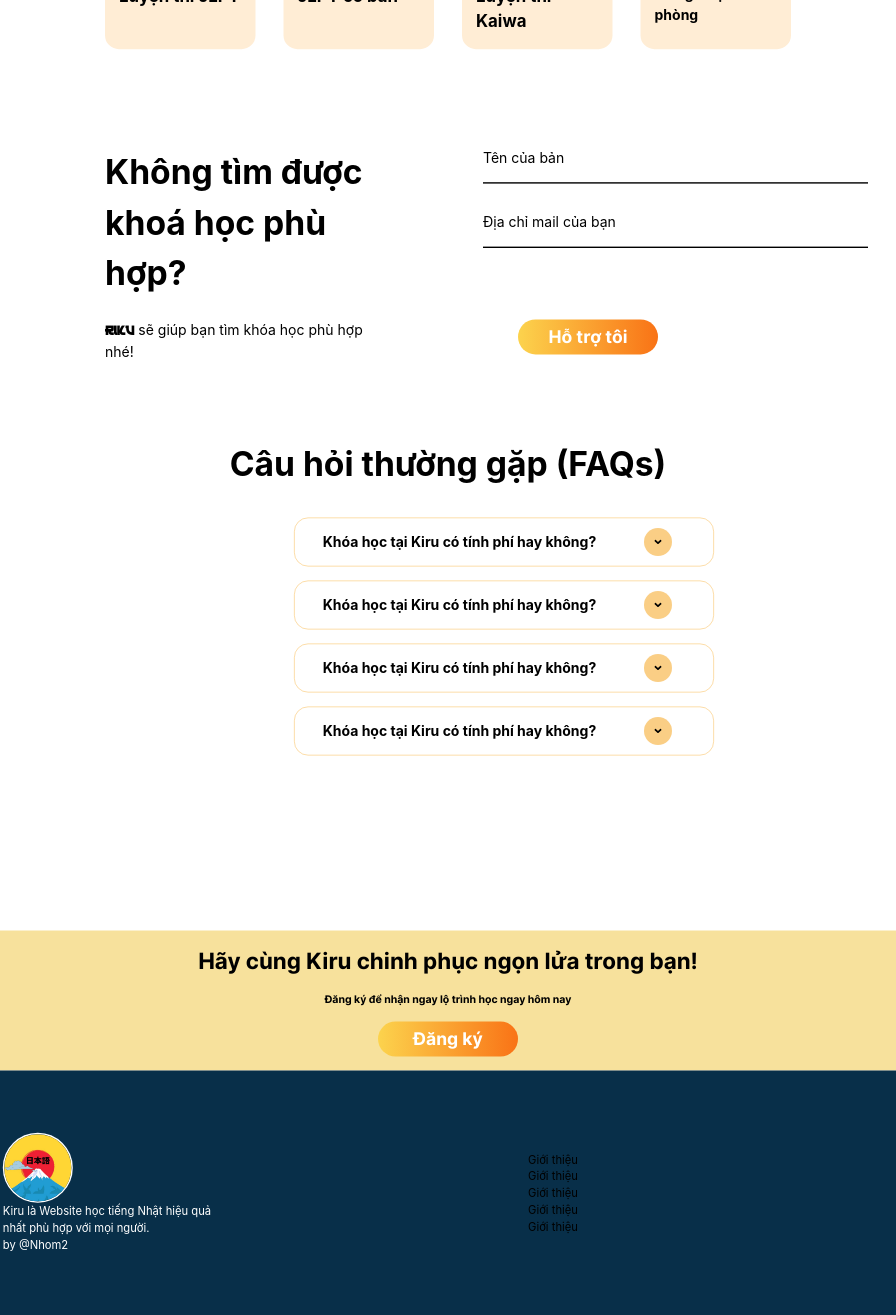
Repository: Quynhhuong150322/Kiru_Website-hoc-tieng-Nhat
Page: /
The author's editor kept a copy of each file at every save. The page is drawn from the files as they stood at one save, then again after the next save.
The browser window is 1280 px wide. The pictures show the part of the page from y = 3246 to 5166 px (the page is 5125 px tall before and 5166 px after), at 70% of full size.
The project was rebuilt for these pictures with package versions that can differ from the ones it lists, and the page was loaded fresh each time.

Above is the page before, as saved 2023-08-17 01:49:22.

### public/index.html
<!DOCTYPE html>
<html lang="en">
  <head>
    <meta charset="utf-8" />
    <link rel="icon" href="%PUBLIC_URL%/favicon.ico" />
    <meta name="viewport" content="width=device-width, initial-scale=1" />
    <meta name="theme-color" content="#000000" />
    <meta
      name="description"
      content="Web site created using create-react-app"
    />
    <link rel="apple-touch-icon" href="%PUBLIC_URL%/logo192.png" />
    <!--
      manifest.json provides metadata used when your web app is installed on a
      user's mobile device or desktop. See https://developers.google.com/web/fundamentals/web-app-manifest/
    -->
    <link rel="manifest" href="%PUBLIC_URL%/manifest.json" />
    <!--
      Notice the use of %PUBLIC_URL% in the tags above.
      It will be replaced with the URL of the `public` folder during the build.
      Only files inside the `public` folder can be referenced from the HTML.

      Unlike "/favicon.ico" or "favicon.ico", "%PUBLIC_URL%/favicon.ico" will
      work correctly both with client-side routing and a non-root public URL.
      Learn how to configure a non-root public URL by running `npm run build`.
    -->
    <title>Kiru web</title>
  </head>
  <body>
    <noscript>You need to enable JavaScript to run this app.</noscript>
    <div id="root"></div>
    <!--
      This HTML file is a template.
      If you open it directly in the browser, you will see an empty page.

      You can add webfonts, meta tags, or analytics to this file.
      The build step will place the bundled scripts into the <body> tag.

      To begin the development, run `npm start` or `yarn start`.
      To create a production bundle, use `npm run build` or `yarn build`.
    -->
  </body>
</html>

### src/index.js
import React from 'react';
import ReactDOM from 'react-dom/client';
import './index.css';
import App from './App';
import reportWebVitals from './reportWebVitals';
import { BrowserRouter} from "react-router-dom";


const root = ReactDOM.createRoot(document.getElementById('root'));
root.render(
  <React.StrictMode>
    <BrowserRouter>
      <App />
    </BrowserRouter>
  </React.StrictMode>
);

// If you want to start measuring performance in your app, pass a function
// to log results (for example: reportWebVitals(console.log))
// or send to an analytics endpoint. Learn more: https://bit.ly/CRA-vitals
reportWebVitals();

### src/App.js
import './App.css';
import HeaderBefor from "./component/header_footer/HeaderBefor";
import Footer from "./component/header_footer/footer";
// import MyRoutes from './route/MyRoutes';
import GioiThieu from "./component/Gioi_thieu"
import KhoaHocBefor from "./component/Khoa_hoc_befor";
import LienHe from "./component/Lien_he";
import FAQs from "./component/FAQs";


function App() {
  return (
    <div className = "bg-white">
      {/* <MyRoutes></MyRoutes> */}
      <HeaderBefor></HeaderBefor>
      <GioiThieu></GioiThieu>
      <KhoaHocBefor></KhoaHocBefor>
      <LienHe></LienHe>
      <FAQs></FAQs>
      <Footer></Footer>
    </div>
  );
}

export default App;

### src/App.css
.App {
  text-align: center;
}

.App-logo {
  height: 40vmin;
  pointer-events: none;
}

@media (prefers-reduced-motion: no-preference) {
  .App-logo {
    animation: App-logo-spin infinite 20s linear;
  }
}

.App-header {
  background-color: #282c34;
  min-height: 100vh;
  display: flex;
  flex-direction: column;
  align-items: center;
  justify-content: center;
  font-size: calc(10px + 2vmin);
  color: white;
}

.App-link {
  color: #61dafb;
}

@keyframes App-logo-spin {
  from {
    transform: rotate(0deg);
  }
  to {
    transform: rotate(360deg);
  }
}

@font-face {
  font-family: Japanese;
  src: url(./font/Japanese\ 3017.ttf);
}

@font-face {
  font-family: InterBold;
  src: url(./font/Inter-Bold.ttf);
}

@font-face {
  font-family: InterRegular;
  src: url(./font/Inter-Regular.ttf);
}

@font-face {
  font-family: Montserrat;
  src: url(./font/MontserratAlternates-Bold.otf);
}

### src/component/header_footer/HeaderBefor.js
import React from "react";
import logo from "../../image/logo.png"
import { Link } from "react-router-dom";

const Header = () => {
    return (
        <div className = "bg-white top-0 h-[70px] ">
            <div class="flex justify-between items-center p-1">
                <Link to = "/">
                    <div className="flex flex-row items-center gap-5 pl-[50px] justify-center">
                        <img
                            className="h-[55px] w-55px] rounded-full "
                            src = {logo}
                            alt = "logo"
                        />
                        <div className="font-japanese text-[40px] font-bold">Kiru</div>
                    </div>
                </Link>
                <div className=""></div>
                    <ul className="flex space-x-4 justify-start gap-10 font-interBold text-[17px] pr-28 ">
                        <li className="hover:text-yellow-500">
                            <Link to = "/GioiThieu">Giới Thiệu</Link>
                        </li>
                        <li className="hover:text-yellow-500">
                            <Link to = "/LienHe">Liên hệ</Link>
                        </li>
                        <li className="hover:text-yellow-500">
                            <Link to = "/KhoaHocBefor">Khoá học</Link>
                        </li>
                        <li className="hover:text-yellow-500">
                            <Link to = "/FAQs">FAQs</Link>
                        </li>
                    </ul>
                <div className="pr-[50px] flex items-center ">
                    <ul className="flex space-x-4 justify-start gap-1 font-interBold text-[17px] items-center">
                        <li>
                            <button
                                type="button"
                                className="w-[117px] h-10 rounded-[20px] hover:border-2 border-amber-500 hover:text-sky-500">
                                Đăng nhập
                            </button>
                        </li>
                        <li>
                            <button
                                type="button"
                                className = "w-28 h-10 rounded-[20px] text-white bg-gradient-to-r from-amber-300  to-orange-500 hover:border-2 border-amber-700 hover:text-sky-500">
                                Đăng ký
                            </button>
                        </li>
                    </ul>
                </div>
            </div>

        </div>
    );
};
export default Header;

### src/component/header_footer/footer.js
import React from "react";
import logo from "../../image/logo.png"

const Footer = () => {
    return (
        <div class="">
            <div className="h-[350px] bg-sky-950 flex justify-between items-center p-1">
                <div className="flex-initial w-[300px]">
                    <img
                        className="h-[100px] w-100px] rounded-full border-2 border-white"
                        src = {logo}
                        alt = "logo"
                    />
                    <p className="text-white">Kiru là Website học tiếng Nhật hiệu quả nhất phù hợp với mọi người. <p className="">by @Nhom2</p></p>
                </div>
                <div className="">
                    <ul class="list-none">
                        <li>Giới thiệu</li>
                        <li>Giới thiệu</li>
                        <li>Giới thiệu</li>
                        <li>Giới thiệu</li>
                        <li>Giới thiệu</li>
                    </ul>
                </div>
                <div className="">

                </div>
            </div>
        </div>

    );
}
export default Footer;

### src/component/Khoa_hoc_befor.js
import React from "react";
import photo4 from "../image/photo4.png";
import photo5 from "../image/photo5.png";
import photo6 from "../image/photo6.png";
import photo7 from "../image/photo7.png";

const KhoaHocBefor = () => {
    return (
        <div className="">
            <div className="">
                <div className="pt-[100px] pl-[150px] font-inter font-bold text-[48px] w-[650px]">Gợi ý khóa học có thể phù hợp với bạn</div>
                <dic className="flex flex-row gap-10 px-[150px] py-10">
                    <div className="w-[250px] h-[350px] bg-orange-100 rounded-[20px] py-5 px-5">
                        <div className="">
                            <img
                                className=" rounded-[20px]  "
                                src = {photo4}
                                alt = "Photo4"
                            />
                        </div>
                        <div className="pt-5 font-inter font-bold text-[24px]">Luyện thi JLPT</div>
                    </div>
                    <div className="w-[250px] h-[350px] bg-orange-100 rounded-[20px] py-5 px-5">
                        <div className="">
                            <img
                                className=" rounded-[20px]  "
                                src = {photo5}
                                alt = "Photo5"
                            />
                        </div>
                        <div className="pt-5 font-inter font-bold text-[24px]">JLPT cơ bản</div>
                    </div>
                    <div className="w-[250px] h-[350px] bg-orange-100 rounded-[20px] py-5 px-5">
                        <div className="">
                            <img
                                className=" rounded-[20px]  "
                                src = {photo6}
                                alt = "Photo6"
                            />
                        </div>
                        <div className="pt-5 font-inter font-bold text-[24px]">Luyện thi Kaiwa</div>
                    </div>
                    <div className="w-[250px] h-[350px] bg-orange-100 rounded-[20px] py-5 px-5">
                        <div className="">
                            <img
                                className=" rounded-[20px]  "
                                src = {photo7}
                                alt = "Photo7"
                            />
                        </div>
                        <div className="pt-5 font-inter font-bold text-[20px]">Tiếng Nhật văn phòng</div>
                    </div>
                </dic>
            </div>
        </div>
    )
}
export default KhoaHocBefor;

### src/component/Lien_he.js
import React from "react";


const LienHe = () => {
    return (
        <div className="">
            <div className="grid grid-cols-2 gap-[100px] pt-[100px]">
                <div className="font-inter font-bold text-[48px] pl-[150px] ">Không tìm được khoá học phù hợp?</div>
                <div className="">
                    <div className="">
                        <p className="font-inter  text-[20px] pb-5">Tên của bản</p>
                        <div className="h-[2px] w-[550px] bg-black "></div>
                    </div>
                    <div className="">
                        <p className="font-inter  text-[20px] pb-5 pt-10">Địa chỉ mail của bạn</p>
                        <div className="h-[2px] w-[550px] bg-black "></div>
                    </div>
                </div>
            </div>
            <div className="grid grid-cols-2 gap-[200px] pt-[30px]">
                <div className="font-inter text-[20px] pl-[150px]"><a className="font-japanese font-bold">Riku</a> sẽ giúp bạn tìm khóa học phù hợp nhé!</div>
                <div className="">
                    <button
                        type="button"
                        className = "w-[200px] h-[50px] rounded-[40px] text-white bg-gradient-to-r from-amber-300  to-orange-500 hover:border-2 border-amber-700 hover:text-sky-500 font-interBold text-[25px] items-center">
                        Hỗ trợ tôi
                    </button>
                </div>
            </div>

        </div>
    )
}
export default LienHe;

### src/component/FAQs.js
import React from "react";
import {FaAngleDown} from "react-icons/fa";


const FAQs = () => {
    return (
        <div className="">
            <div className="">
                <div className="pt-[110px] font-inter font-bold text-[48px] text-center pb-10">Câu hỏi thường gặp (FAQs)</div>
                <div className="px-[420px] content-center  ">
                    <div className="h-[70px] w-[600px]  border border-amber-500/50 rounded-[20px]  px-10 grid grid-cols-2 gap-[400px] items-center">
                        <p className="flex-initial w-[800px] font-bold text-[20px]">Khóa học tại Kiru có tính phí hay không?</p>
                        <div className="w-[40px] h-[40px] bg-amber-500/50 rounded-[30px] items-center py-3 pl-3">
                            <FaAngleDown/>
                        </div>
                    </div>
                </div>
                <div className="px-[420px] content-center pt-5 ">
                    <div className="h-[70px] w-[600px]  border border-amber-500/50 rounded-[20px]  px-10 grid grid-cols-2 gap-[400px] items-center">
                        <p className="flex-initial w-[800px] font-bold text-[20px]">Khóa học tại Kiru có tính phí hay không?</p>
                        <div className="w-[40px] h-[40px] bg-amber-500/50 rounded-[30px] items-center py-3 pl-3">
                            <FaAngleDown/>
                        </div>
                    </div>
                </div>
                <div className="px-[420px] content-center pt-5 ">
                    <div className="h-[70px] w-[600px]  border border-amber-500/50 rounded-[20px]  px-10 grid grid-cols-2 gap-[400px] items-center">
                        <p className="flex-initial w-[800px] font-bold text-[20px]">Khóa học tại Kiru có tính phí hay không?</p>
                        <div className="w-[40px] h-[40px] bg-amber-500/50 rounded-[30px] items-center py-3 pl-3">
                            <FaAngleDown/>
                        </div>
                    </div>
                </div>
                <div className="px-[420px] content-center pt-5 ">
                    <div className="h-[70px] w-[600px]  border border-amber-500/50 rounded-[20px]  px-10 grid grid-cols-2 gap-[400px] items-center">
                        <p className="flex-initial w-[800px] font-bold text-[20px]">Khóa học tại Kiru có tính phí hay không?</p>
                        <div className="w-[40px] h-[40px] bg-amber-500/50 rounded-[30px] items-center py-3 pl-3">
                            <FaAngleDown/>
                        </div>
                    </div>
                </div>
            </div>
            <div className="pt-[250px] ">
                <div className="h-[200px] bg-yellow-500/40 items-center">
                    <div className="text-[32px] font-interBold text-center pt-5">Hãy cùng Kiru chinh phục ngọn lửa trong bạn!</div>
                    <p className="text-[15px] font-interBold text-center pt-5">Đăng ký để nhận ngay lộ trình học ngay hôm nay</p>
                    <div className="text-center pt-5">
                        <button
                            type="button"
                            className = "w-[200px] h-[50px] rounded-[40px] text-white bg-gradient-to-r from-amber-300  to-orange-500 hover:border-2 border-amber-700 hover:text-sky-500 font-interBold text-[25px] items-center">
                            Đăng ký
                        </button>
                    </div>
                </div>
            </div>
        </div>
    )
}
export default FAQs;

### tailwind.config.js
/** @type {import('tailwindcss').Config} */
module.exports = {
  content: ["./src/**/*.{html,js}"],
  // plugins: [require("tailwind-scrollbar")],
  theme: {
    extend: {
      fontSize: {
        sm: '9px',
        base: '13px',
        xl: '20px',
        '2xl': '60px',
        '3xl': '80px',
        '4xl': '90px',
        '5xl': '100px',
      }
    },
    screens: {
      'sm': {'min': '400px', 'max': '767px'},
      // => @media (min-width: 640px and max-width: 767px) { ... }

      'md': {'min': '768px', 'max': '1023px'},
      // => @media (min-width: 768px and max-width: 1023px) { ... }

      'lg': {'min': '1024px', 'max': '1279px'},
      // => @media (min-width: 1024px and max-width: 1279px) { ... }

      'xl': {'min': '1280px', 'max': '1535px'},
      // => @media (min-width: 1280px and max-width: 1535px) { ... }

      '2xl': {'min': '1536px'},
      // => @media (min-width: 1536px) { ... }
    },

    fontFamily: {
      japanese: ['"Japanese"'],
      interBold: ['"InterBold"'],
      interRegular: ['"InterRegular"'],
      montserrat: ['"Montserrat"']
    },
  },
  plugins: [],
}

Loaded but not shown: src/index.css (common file); src/reportWebVitals.js (common file); src/component/Gioi_thieu.js (187 lines, source omitted)

After the next save:
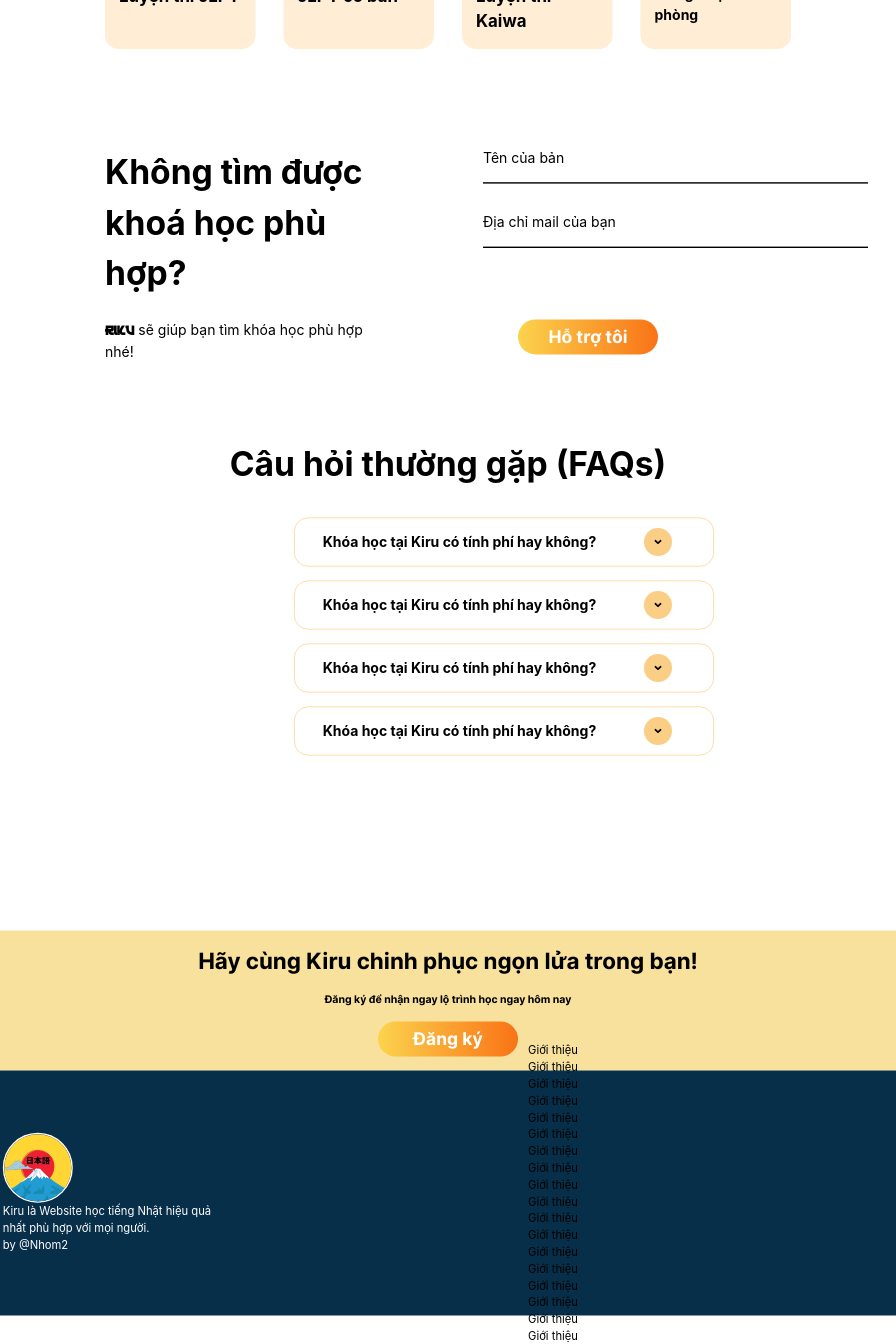
Saved 23 s later.
--- a/src/component/header_footer/footer.js
+++ b/src/component/header_footer/footer.js
@@ -20,6 +20,23 @@ const Footer = () => {
                         <li>Giới thiệu</li>
                         <li>Giới thiệu</li>
                         <li>Giới thiệu</li>
+                        <li>Giới thiệu</li>
+                    </ul>
+                    <ul class="list-none">
+                        <li>Giới thiệu</li>
+                        <li>Giới thiệu</li>
+                        <li>Giới thiệu</li>
+                        <li>Giới thiệu</li>
+                        <li>Giới thiệu</li>
+                        <li>Giới thiệu</li>
+                    </ul>
+                    <ul class="list-none">
+                        <li>Giới thiệu</li>
+                        <li>Giới thiệu</li>
+                        <li>Giới thiệu</li>
+                        <li>Giới thiệu</li>
+                        <li>Giới thiệu</li>
+                        <li>Giới thiệu</li>
                     </ul>
                 </div>
                 <div className="">
